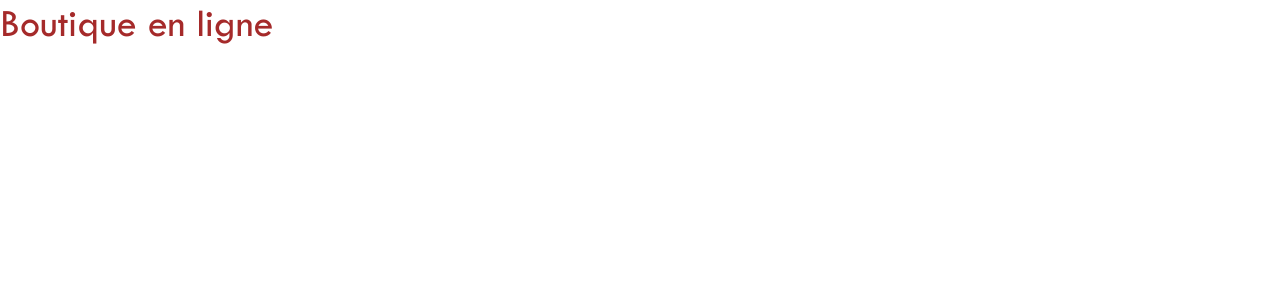
Repository: padevft/e-commerce-php
Page: http://localhost/index.html
An editor plug-in stored every save of this project. The page is shown before and after the next save, followed by the edit.
The browser window is 1280 px wide. The pictures show the whole page.
The page is run by PHP 8.4 with error messages shown; the project is at /var/www/html/.

Above is the page before, as saved 2023-09-17 15:19:24.

After the next save:
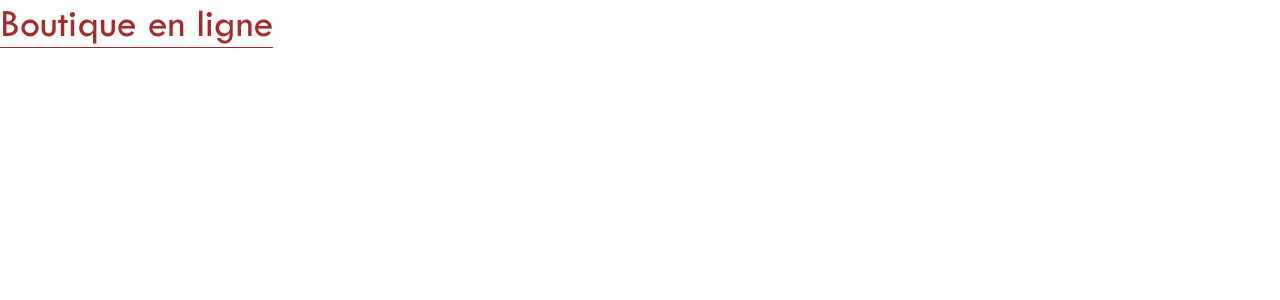
Saved 2 min 54 s later.
--- a/client/css/styles.css
+++ b/client/css/styles.css
@@ -20,19 +20,23 @@ h1{
   cursor: pointer;
 }
 
-h1:hover{
-  color:brown;
+h1:hover {
+  color: brown;
 }
 
-h1:hover::before {
+h1::after {
   content: "";
   position: absolute;
   bottom: 0;
   left: 0;
-  width: 0;
+  width: 100%;
   height: 1px;
   background-color: brown;
-  transform-origin: left; /* La transformation commence à partir de la gauche */
-  transform: scaleX(1); /* L'échelle est initialement à 0 (invisible) */
-  transition: transform 0.3s ease-in-out; /* Ajoutez une transition pour une animation fluide */
+  transform: scaleX(0);
+  transform-origin: left;
+  transition: transform 0.3s ease-in-out;
 }
+
+h1:hover::after {
+  transform: scaleX(1);
+}
